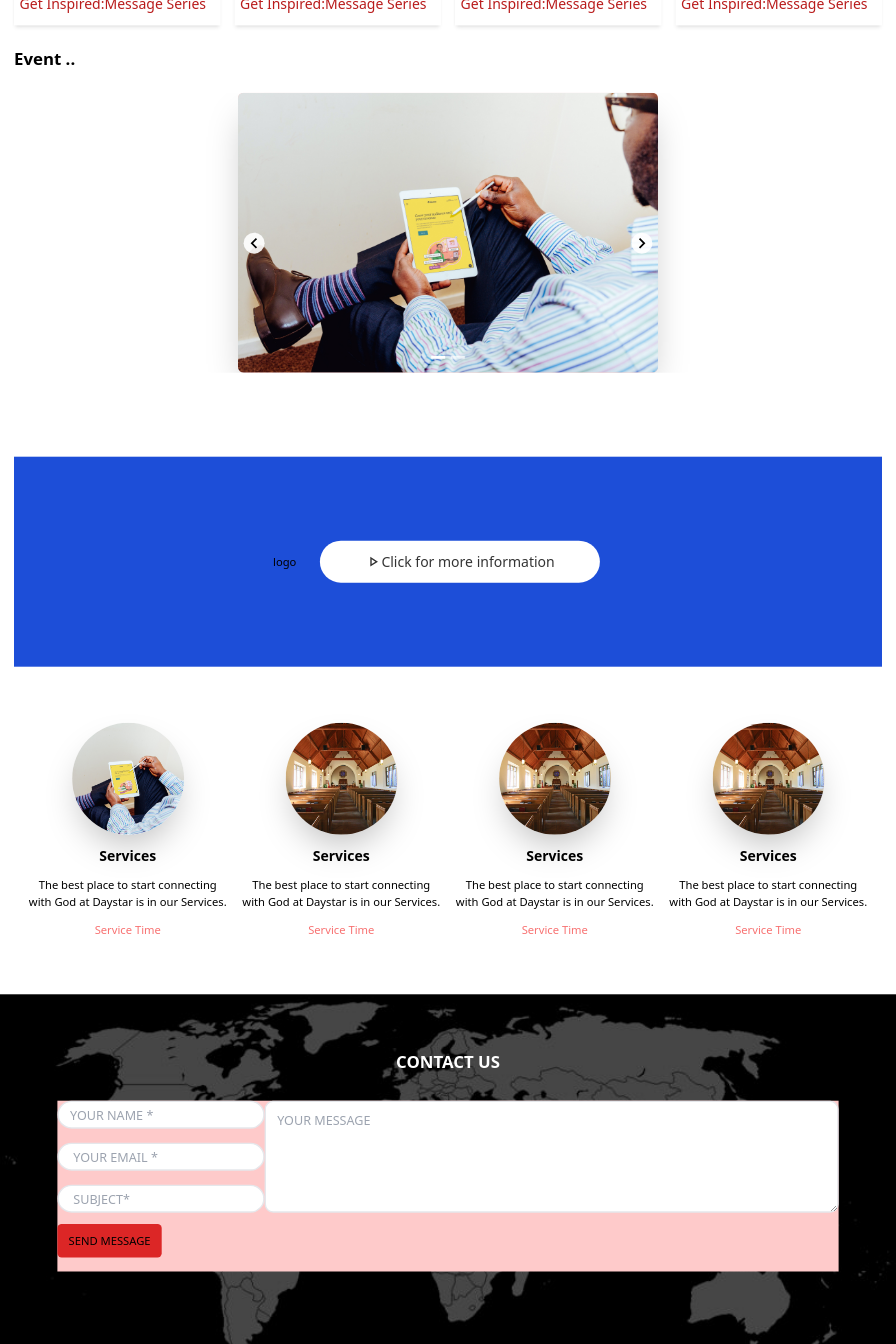
Repository: hisreal123/godschamber
Page: /
The author's editor kept a copy of each file at every save. The page is drawn from the files as they stood at one save, then again after the next save.
The browser window is 1280 px wide. The pictures show the part of the page from y = 1579 to 3499 px (the page is 3499 px tall), at 70% of full size.
The project was rebuilt for these pictures with package versions that can differ from the ones it lists, and the page was loaded fresh each time. The framework's server and built-in components were replaced by stand-ins that run in the browser. Also part of the build but not shown: next.config.js.

Above is the page before, as saved 2023-03-31 17:50:52.

### src/app/layout.tsx
import './globals.css'


export const metadata = {
  title: 'Welcome to Godschambers e-church ',
  description: 'Get closer to Your father ',
}

export default function RootLayout({
  children,
}: {
  children: React.ReactNode
}) {
  return (
    <html lang="en">
      <body>
        {children}
      </body>
    </html>
  )
}

### src/app/page.tsx
"use client"
import React, { lazy, useState } from 'react'
import { Inter } from 'next/font/google'


// context
import { SideBarContext } from './components/context/SidebarContext'


// Font
const inter = Inter({ subsets: ['latin'] })

// LazyLoading
const Header = lazy(() => import('./components/Header'))
const Sidebar = lazy(() => import('./components/Sidebar'))
const Banner = lazy(() => import('./components/Banner'))
const Quote = lazy(() => import('./components/Quote'))
const HopeCards = lazy(() => import('./components/HopeCards'))
const Events = lazy(() => import('./components/Events'))
const More = lazy(() => import('./components/More'))
const ContactUs = lazy(() => import('./components/ContactUs'))


// Export....
export default function Home() {

  const [Open, setOpen] = useState(false)

  return (
    <main className="w-screen overflow-hidden relative">
      <SideBarContext.Provider value={{ Open, setOpen }}>
        <Header />
        <Sidebar />
      </SideBarContext.Provider>
      <Banner />
      <Quote />
      <HopeCards />
      <Events />
      <More />
      <ContactUs />
    </main>
  )
}

### src/app/globals.css
@tailwind base;
@tailwind components;
@tailwind utilities;


/* slider Components*/

### src/app/components/context/SidebarContext.tsx
import { createContext } from "react";


 type SideBarProps  = {
    Open: boolean
    setOpen :  any
}

export const SideBarContext = createContext( {} as  SideBarProps)

### src/app/components/Header.tsx
import { SideBarNav } from './SideBarNav';
import React, { useState, useEffect, useContext } from 'react'
import { SideBarContext } from './context/SidebarContext'
import { menuIcon } from './SvgIcons/SvgIcons'
import { motion } from 'framer-motion'

export default function Header() {

  const [scrollY, setScrollY] = useState(0)
  const { Open, setOpen } = useContext(SideBarContext)
  const toggleSideBar = () => setOpen(!Open)


  useEffect(() => {
    const handleScroll = () => {
      setScrollY(window.scrollY);
    }

    window.addEventListener("scroll", handleScroll);

    return () => {
      window.removeEventListener("scroll", handleScroll);
    };
  }, [])

  const backgroundColor = scrollY > 100 ? 'bg-indigo-500' : 'transparent';

  return (
    <div
      className={` ${backgroundColor} transition h-20 transparent fixed w-screen drop-shadow-lg z-20`}>
      <div className="container px-10 md:px-0 h-full mx-auto flex justify-between items-center">

        {/* logo here*/}
        <a className="" href="#">logo</a>

        {/* menu Links */}
        <SideBarNav toggleSideBar={toggleSideBar} style='hidden px-10 py-16 bg-gray-800 z-10
            md:relative md:flex md:p-0 md:bg-transparent md:flex-row md:space-x-6' liStyle='md:text-xs' />

        <div className="flex items-center md:hidden">
          <button className="text-white text-4xl font-bold opacity-70 hover:opacity-100 duration-300"
            onClick={toggleSideBar}>
            {menuIcon}
          </button>
        </div>
      </div>
    </div>
  )
}

### src/app/components/Sidebar.tsx
import React, { useMemo, useContext, lazy } from 'react'
import { SideBarContext } from './context/SidebarContext'
import { SideBarNav } from './SideBarNav'
// import { motion } from 'framer-motion'

export default function Sidebar() {

  const { Open, setOpen } = useContext(SideBarContext)
  const toggleSideBar = () => setOpen(!Open)

  return (
    <div
      className="wrapper md:hidden transition ">
      <div

        className={Open ? " transition w-1/2 bg-slate-400 fixed top-0 bottom-0 right-0 shadow-lg z-[100]" : 'hidden '}>
        <SideBarNav toggleSideBar={toggleSideBar} style='relative h-screen bg-gradient-to-r from-violet-600 via-violet-600 to-indigo-600 w-full pt-20' liStyle=' inline-block  p-2  mt-1 text-xs w-full font-lighter opacity-2  ' />
      </div>

      {/* overlay */}
      <div className={Open ? " h-screen bg-black bg-opacity-50 z-10 fixed w-screen top-0 " : 'hidden '} onClick={toggleSideBar}></div>
    </div>
  )
}

### src/app/components/Banner.tsx
import { ClickButton } from './ClickButton';
import React from 'react'
import VideoPlayer from './VideoBackground'
import { motion as m } from 'framer-motion'

import { Watch, location } from './SvgIcons/SvgIcons'
import { BannerPlace } from './animation/animations';

export default function Banner() {
  return (
    <>
      <div className="wrapper h-screen">
        <div className="absolute flex items-center h-screen w-screen justify-center">
          <div className="wrap">

            <div className="text text-white text-center ">
              <m.h1
                variants={BannerPlace}
                initial="hide"
                animate="show"
                transition={{ duration: 2.5, type: "spring", stiffness: 100 }}
                className='text-4xl md:text-6xl font-light mb-5 md:mb-6 '>
                A PLACE FOR YOU
              </m.h1>
              <div className="desc mb-8 text-md md:text-2xl"> Join us this weekend </div>
            </div>

            <div className="btn flex flex-col md:flex-row md:items-center  md:space-x-2 md:w-[500px] md:mx-auto ">
              <ClickButton icon={location} title='Find a location' href="/" style=" flex  items-center justify-center space-x-5 rounded-full bg-red-600 hover:bg-red-800 text-white py-2 px-2 text-center md:w-[70%] md:mx-auto md:py-4 md:px-5  md:space-x-0 md:text-sm" />
              <ClickButton icon={Watch} title='Find a location' href="/" style=" flex  items-center justify-center space-x-5 rounded-full bg-red-600 hover:bg-red-800 text-white py-2 px-2 text-center mt-5 md:w-[70%] md:text-xl md:mx-auto md:mt-0 md:mx-auto md:py-4 md:px-5 md:space-x-0 md:text-sm" />
            </div>
          </div>
        </div>
        <VideoPlayer />
      </div>
    </>
  )
}

### src/app/components/Quote.tsx
import React from 'react'
export default function Quote() {
  return (
    <>
      <div className="container mx-auto py-10 text-center  md:py-14 relative -z-50 md:w-3/4">
        <h2 className='mb-5 md:text-3xl font-bold'> WELCOME TO THE CHURCH</h2>

        <div className="welcomeMessage px-5 flex flex-col ">
          <span className='text-4xl font-bold text-gray-500 md:text-6xl self-start '>
            &quot;
          </span>
          <p className='text-xs md:text-lg '>
            God has given us a mandate to raise role models, and He has indeed been faithful, backing our dedication and hard work with a great harvest of transformed lives. It is top priority for us that you partake of wholesome worship, edifying messages to build you up and positive interactions. We invite you to tour our website and get to know us a bit better - our service times, locations and membership. There are also links should you wish to support our ministry by giving. We look forward to having the pleasure of hosting you and your family soon, either in person at one of our campuses or virtually.
            In Christ, <b>Sam & Nike Adeyemi.</b>
          </p>
          <span className='text-4xl font-bold text-gray-500 md:text-6xl self-end '>
            &quot;
          </span>

        </div>

      </div>
    </>
  )
}

### src/app/components/HopeCards.tsx
import React, { lazy } from 'react'


const Cards = lazy(() => import('./CardsComponents'))

export default function HopeCards() {
  return (
    <>
      <div className="wrapper  relative z-0">
        <div className="Container px-5">

          <div className="top text-center">
            <h1 className='text-lg md:text-lg lg:text-xl font-bold mb-3'>HOPE FOR TODAY</h1>
            <p className=' italic font-light text-gray-500'>Inspiring resources to become a better you.</p>
          </div>
          <div className="CardWrapper grid grid-cols-1 gap-5 md:grid-cols-2 lg:grid-cols-4 mt-5">
            <Cards imgSrc="/assets/img1.jpg" text="Get Inspired:Message Series" alt=" Get inspired" mainStyle="flex flex-col bg-white overflow-hidden  w-full shadow-md" topStyle='' btmStyle=' py-4  px-2 ' textStyle='text-md text-red-700 md:text-lg lg:text-xl' />
            <Cards imgSrc="/assets/img2.jpg" text="Get Inspired:Message Series" alt=" Get inspired" mainStyle="flex flex-col bg-white overflow-hidden  w-full shadow-md" topStyle='' btmStyle=' py-4  px-2 ' textStyle='text-md text-red-700 md:text-lg lg:text-xl' />
            <Cards imgSrc="/assets/img3.jpg" text="Get Inspired:Message Series" alt=" Get inspired" mainStyle="flex flex-col bg-white overflow-hidden  w-full shadow-md" topStyle='' btmStyle=' py-4  px-2 ' textStyle='text-md text-red-700 md:text-lg lg:text-xl' />
            <Cards imgSrc="/assets/img4.jpg" text="Get Inspired:Message Series" alt=" Get inspired" mainStyle="flex flex-col bg-white overflow-hidden  w-full shadow-md" topStyle='' btmStyle=' py-4  px-2 ' textStyle='text-md text-red-700 md:text-lg lg:text-xl' />
          </div>
        </div>
      </div>
    </>
  )
}

### src/app/components/Events.tsx
import React from 'react'
import Carousel from './Carousel/Carousel'

export default function Events() {
    return (
        <>
            <section className='Container px-5'>
                <h1 className="my-8 font-bold text-2xl "> Event ..</h1>

                <div className="Carousel-ShowCase">
                    <Carousel />
                </div>
            </section>
        </>
    )
}

### src/app/components/ContactUs.tsx
import React from 'react'

export default function ContactUs() {
    return (
        <>
            <section className=" bg-[url('/assets/map_black.jpeg')] bg-cover bg-no-repeat bg-top px-5 py-10 h-[500px] ">
                <h1 className='text-center my-10 text-white font-bold  text-2xl'>CONTACT US </h1>

                <form action="" className=' flex flex-col md:flex-row'>
                    <div className=' bg-red-200 md:w-[90%] md:mx-auto '>
                        <div className=" md:flex w-full relative ">
                            <div className="flex flex-col justify-center space-y-5 relative">
                                <input type="text" placeholder='YOUR NAME *' className='text-sm rounded-3xl px-4 py-1 hover:first-letter:border-red-300 border-2 outline-none md:text-md lg:text-lg md:w-full' />
                                <input type="email" placeholder=' YOUR EMAIL *' className='text-sm rounded-3xl px-4 py-1 hover:first-letter:border-red-300 border-2 outline-none md:text-md lg:text-lg' />
                                <input type="text" placeholder=' SUBJECT*' className='text-sm rounded-3xl px-4 py-1 hover:first-letter:border-red-300 border-2 outline-none md:text-md lg:text-lg' />
                            </div>
                            <textarea placeholder='YOUR MESSAGE' className='text-sm rounded-xl px-4 py-3 hover:first-letter:border-red-300 border-2 outline-none mt-5 md:mt-0 md:text-md lg:text-lg mx-auto w-full' rows={4} />
                        </div>

                        <button type='submit' className='self-center md:w-fit rounded-md bg-red-600 hover:bg-red/60  px-4 py-3 w-full mt-4 mb-5 '>SEND MESSAGE</button>
                    </div>
                </form>

            </section>
        </>
    )
}

### src/app/components/SideBarNav.tsx
import React from "react";
import {home,
    Contact,
    Watch,
    Care,
    Give,
    Blog} from './SvgIcons/SvgIcons'

type SideBarNavProps = {
    toggleSideBar : () => { }
    style?:  string
    liStyle? : string
}

export function SideBarNav({liStyle, style, toggleSideBar}: SideBarNavProps) {
  return <div className="">
    <ul className={` ${style} `}>

        <li>
            <a className={`${liStyle} flex items-center  text-white opacity-70 hover:opacity-100 duration-300`} href="#">
                <span className="font-light mr-2  ">
                {home}
                </span>
                ABOUT</a>
        </li>
        <li>
            <a className={`${liStyle} flex items-center  text-white opacity-70 hover:opacity-100 duration-300`} href="#">
            <span className="font-light mr-2  ">
                {Contact}
                </span>
                CONNECT</a>
        </li>
        <li>
            <a className={`${liStyle} flex items-center  text-white opacity-70 hover:opacity-100 duration-300`} href="#">
            <span className="font-light mr-2  ">
                {Watch}
                </span>
                WATCH</a>
        </li>

        <li>
            <a className={`${liStyle} flex items-center  text-white opacity-70 hover:opacity-100 duration-300`} href="#">
            <span className="font-light mr-2  ">
                {Care}
                </span>
                CARE</a>
        </li>

        <li>
            <a className={`${liStyle} flex items-center  text-white opacity-70 hover:opacity-100 duration-300`} href="#">
            <span className="font-light mr-2  ">
                {Give}
                </span>
                GIVE</a>
        </li>
        <li>
            <a className={`${liStyle} flex items-center  text-white opacity-70 hover:opacity-100 duration-300`} href="#">
            <span className="font-light mr-2  ">
                {Blog}
                </span>
                BLOG</a>
        </li>

        </ul>
    </div>
}

### src/app/components/ClickButton.tsx
import React from "react";


type clickButton = {
  style: string
  title : string
  href: string
  icon?: string | any}


export function ClickButton({icon, style, title, href}  : clickButton) {
  return <>
    <a href={href} className={`${style}`}>
      {icon  ? (
        <>
          <span>
            {icon}
          </span>
          <p>{title}</p>
        </>
      ) : ( `
        ${title}
      `)}
    </a>
    {/* <a href="" className=""> Watch Online</a> */}
  </>;
}

### src/app/components/VideoBackground.tsx
import { useState } from 'react'

const VideoPlayer = () => {


  return (
    <div className='vBackground'>
      <video
         src="./assets/churchVideo.mp4"
         className="h-screen w-screen object-cover"
         loop
         autoPlay
         muted
      />
    </div>
  )
}

export default VideoPlayer

### src/app/components/animation/animations.ts



export const BannerPlace = {
    hide: {  y: 4 ,opacity: 0,scale: 0},
    show: {
        y: 0,
        opacity: 1,
        scale: 1,
        transition: {
          duration: 0.2,
          staggerChildren: 0.2
        }
      }
}

### src/app/components/CardsComponents.tsx
import Image from 'next/legacy/image'
import Link from 'next/link';
import React from 'react'


const ImageStyle = {
  height: ' 100%',
  width: ' 100%'
};

type CardComponentProps = {
  text: string
  desc?: string
  imgSrc: string
  mainStyle: string
  topStyle?: string
  btmStyle?: string,
  textStyle: string,
  alt?: string
  href?: string
  hrefTitle?: string
  descStyle?: string
  hrefStyle?: string
}
export default function CardsComponents({
  text,
  desc,
  imgSrc,
  alt,
  href,
  hrefTitle,
  mainStyle,
  topStyle,
  btmStyle,
  textStyle,
  descStyle,
  hrefStyle,
}: CardComponentProps) {

  return (
    <>
      <Link href="#" >
        <div className={`${mainStyle} container`}>
          <div className={`${topStyle} top`}>
            <Image
              src={imgSrc}
              alt={alt}
              height={100}
              width={100}
              layout="responsive"
              objectFit='cover'
              objectPosition="center"
            />
          </div>
          <div className={`${btmStyle} btm`} >
            <h3 className={`${textStyle} btm`}>{text}</h3>
            {desc ? (<p className={descStyle}>{desc}</p>) : null}
            {href ? (<a href={href} className={hrefStyle}>{hrefTitle}</a>) : null}
          </div>
        </div>
      </Link>
    </>
  )
}

### src/app/components/Carousel/Carousel.tsx
import React from 'react'
import Image from 'next/legacy/image'
import { left } from '../SvgIcons/SvgIcons'

const imageData = [
    {
        title: ' First',
        imgSrc: '/assets/img1.jpg'
    },
    {
        title: ' Second',
        imgSrc: '/assets/img2.jpg'
    },
]



export default function Carousel() {



    const [current, setCurrent] = React.useState(0)

    const swipleft = () => {
        const isFirst = current === 0;
        const newIndex = isFirst ? imageData.length - 1 : current - 1;
        setCurrent(newIndex)
    }
    const swipRight = () => {
        const isFirst = current === 0;
        const newIndex = isFirst ? imageData.length - 1 : current - 1;
        setCurrent(newIndex)
    }

    // React.useEffect(() => {
    // setInterval(() => {
    /*  const isFirst = current === 0;
     const newIndex = isFirst ? imageData.length - 1 : current - 1;
     setCurrent(newIndex) */
    // }, 3000)
    // }, [current, setCurrent])


    return (
        <>
            <section className=' overflow-hidden mb-10' >
                <div className=" h-[400px] md:w-[600px] mx-auto  imgWrapper  relative min:h-full  md:m-auto rounded-lg  bg-red-200">
                    <div className='relative h-full rounded-lg overflow-hidden shadow-2xl'>
                        <Image
                            key={current}
                            src={imageData[current].imgSrc}
                            alt=" image 1"
                            height={100}
                            width={100}
                            layout="fill"
                            objectFit='cover'
                            objectPosition="center"
                        />

                        <span className='text-xl cursor-pointer absolute z-10 top-1/2 bg-white/90 rounded-full ml-2' onClick={swipleft}>{left}</span>
                        <span className='text-xl cursor-pointer absolute z-10 top-1/2 bg-white/90 rounded-full mr-2 right-0 rotate-180' onClick={swipRight}>{left}</span>

                        {/* navigator */}
                        <div className="navigatio absolute bottom-5 flex justify-center space-x-2 w-full">
                            {imageData.map((img, index) => (
                                <div key={index}
                                    onClick={swipleft}
                                    className={`${index == current ? ' bg-white h-1 w-5 ' : ' bg-white/70 h-1 w-5'} `}></div>
                            ))}
                        </div>
                    </div>

                </div>
            </section>
        </>
    )
}

Loaded but not shown: tailwind.config.js (18 lines, source omitted); src/app/components/SvgIcons/SvgIcons.tsx (22 lines, source omitted); src/app/components/More.tsx (91 lines, source omitted)

After the next save:
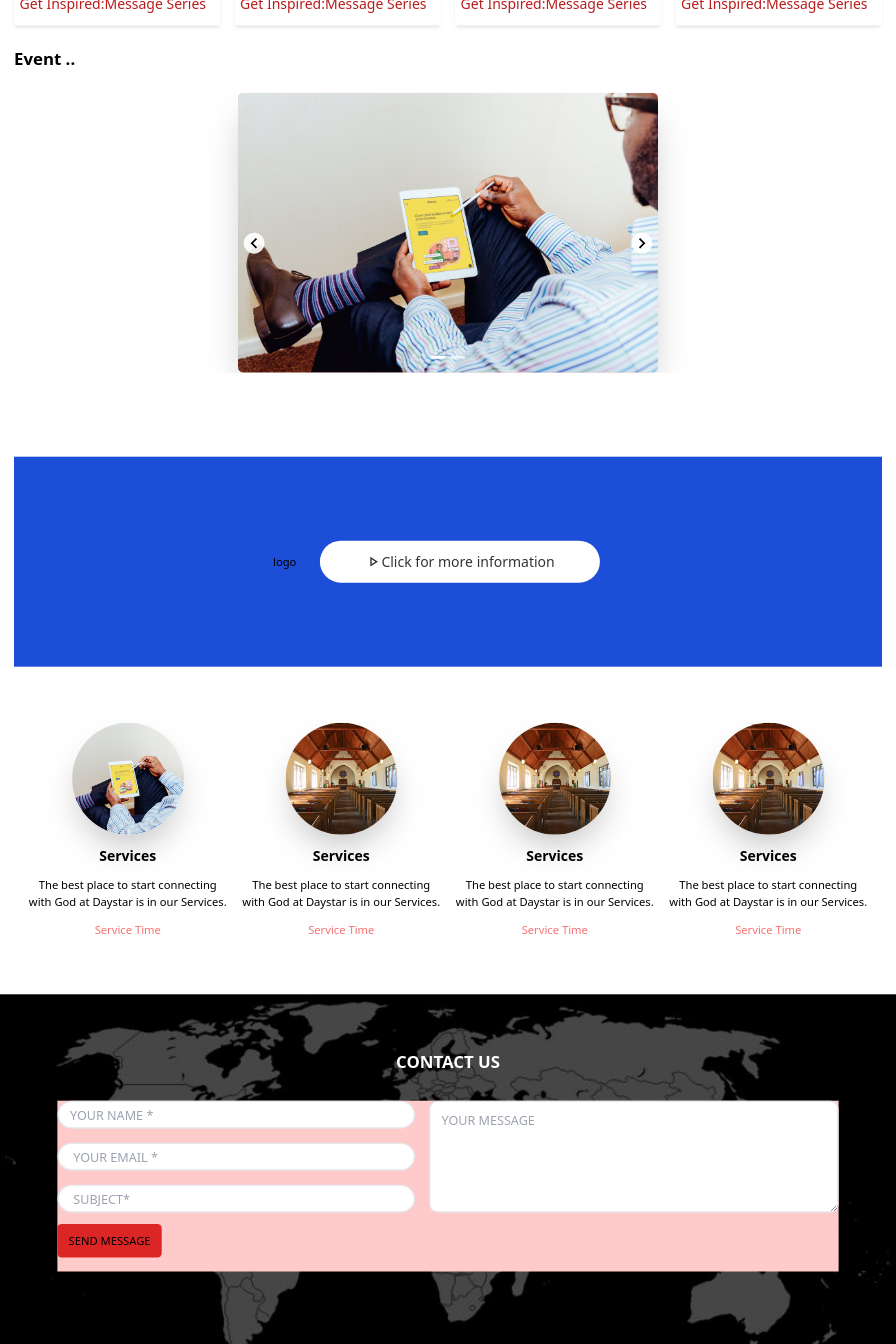
Saved 55 s later.
--- a/src/app/components/ContactUs.tsx
+++ b/src/app/components/ContactUs.tsx
@@ -8,8 +8,8 @@ export default function ContactUs() {
 
                 <form action="" className=' flex flex-col md:flex-row'>
                     <div className=' bg-red-200 md:w-[90%] md:mx-auto '>
-                        <div className=" md:flex w-full relative ">
-                            <div className="flex flex-col justify-center space-y-5 relative">
+                        <div className=" md:flex md:space-x-5 w-full relative ">
+                            <div className="flex md:w-[90%] flex-col justify-center space-y-5 relative">
                                 <input type="text" placeholder='YOUR NAME *' className='text-sm rounded-3xl px-4 py-1 hover:first-letter:border-red-300 border-2 outline-none md:text-md lg:text-lg md:w-full' />
                                 <input type="email" placeholder=' YOUR EMAIL *' className='text-sm rounded-3xl px-4 py-1 hover:first-letter:border-red-300 border-2 outline-none md:text-md lg:text-lg' />
                                 <input type="text" placeholder=' SUBJECT*' className='text-sm rounded-3xl px-4 py-1 hover:first-letter:border-red-300 border-2 outline-none md:text-md lg:text-lg' />
